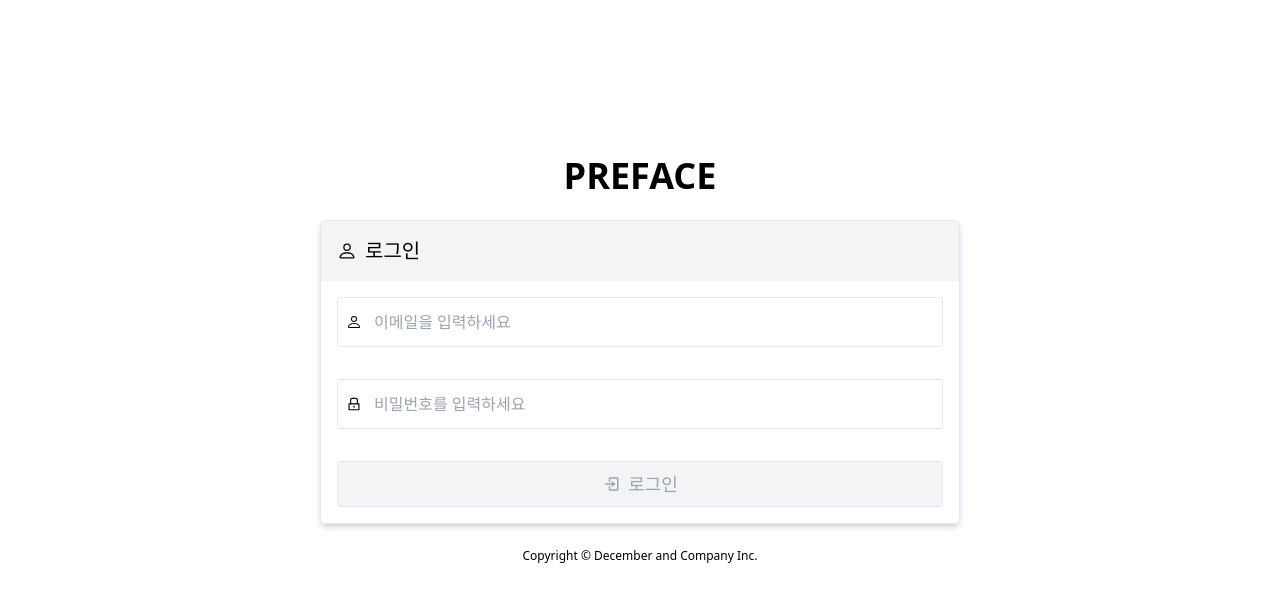
Repository: wanted-pre-onboarding-4/pre-onboarding-assignment-week-4-1-team-4
Page: /login (app in client/)
The author's editor kept a copy of each file at every save. The page is drawn from the files as they stood at one save, then again after the next save.
The browser window is 1280 px wide. The pictures show the whole page.
The project was rebuilt for these pictures with package versions that can differ from the ones it lists, and the page was loaded fresh each time. Also part of the build but not shown: client/src/components/Footer.jsx, client/src/components/Header.jsx, client/src/components/Sider.jsx, client/src/components/Layout.jsx.

Above is the page before, as saved 2022-09-20 21:31:11.

After the next save:
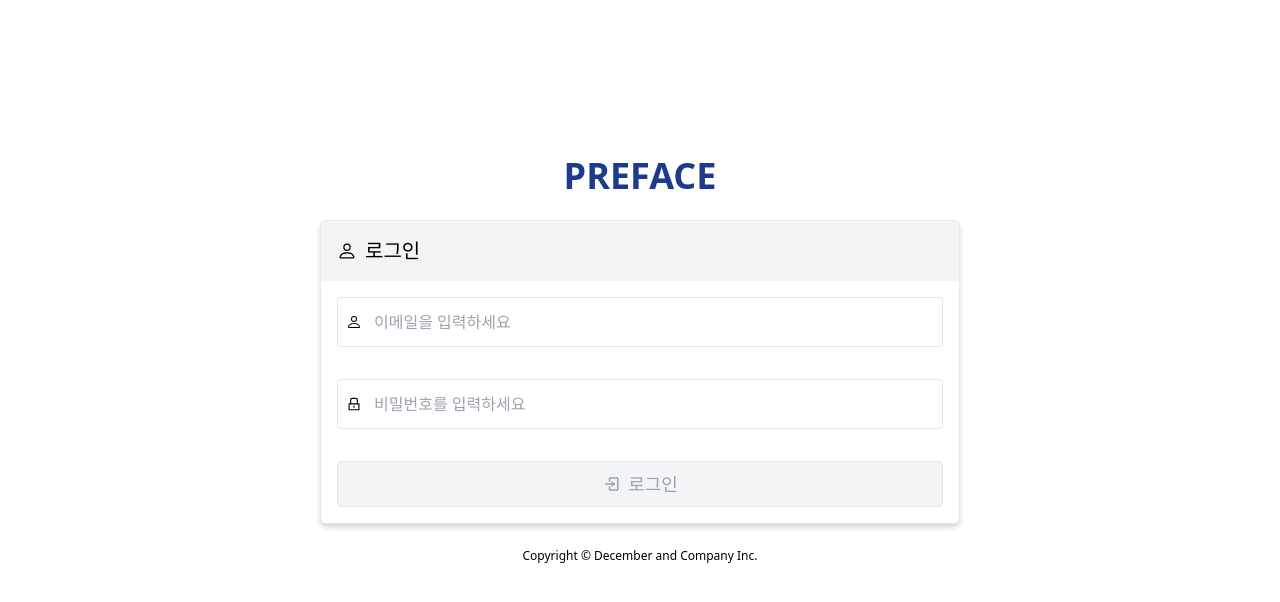
Saved 35 s later.
--- a/client/src/pages/login/Login.jsx
+++ b/client/src/pages/login/Login.jsx
@@ -6,7 +6,7 @@
 const Login = () => {
   return (
     <div className='flex flex-col justify-center items-center w-full gap-y-6'>
-    <h1 className='text-4xl font-bold'>PREFACE</h1>
+    <h1 className='text-4xl font-bold text-blue-900'>PREFACE</h1>
       <div className='border-solid border-[1px] rounded-md shadow-md shadow-gray-300 w-1/2'>
         <div className="flex items-center justify-start space-x-2 p-4 font-medium text-xl bg-gray-100">
           <BsPerson />
